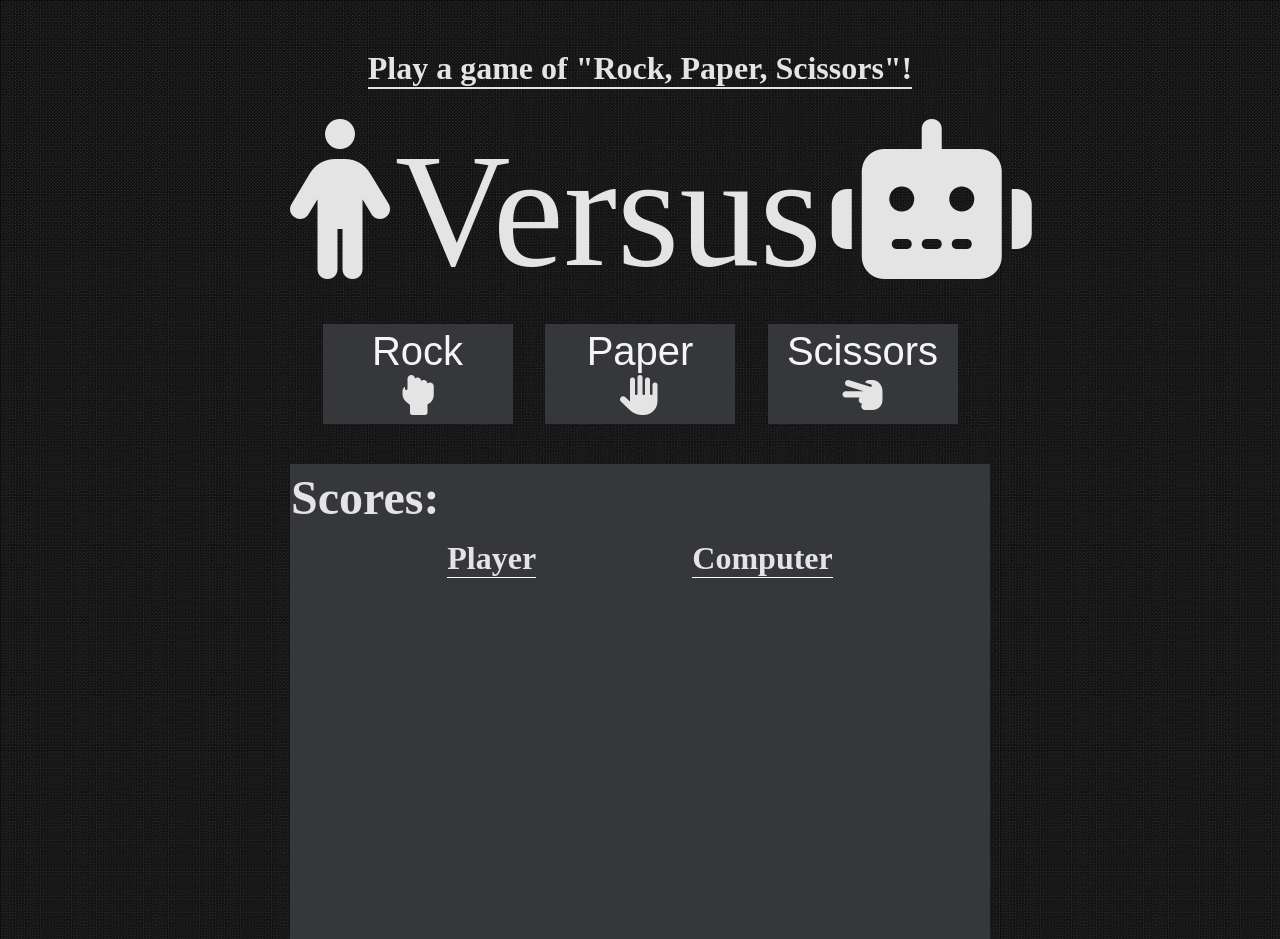
Repository: Pafestivo/rock-paper-scissors
Page: index.html
An editor plug-in stored every save of this project. The page is shown before and after the next save, followed by the edit.
The browser window is 1280 px wide. The pictures show the whole page.
Some web libraries are served in a nearby version.

Above is the page before, as saved 2022-10-14 15:37:47.

After the next save:
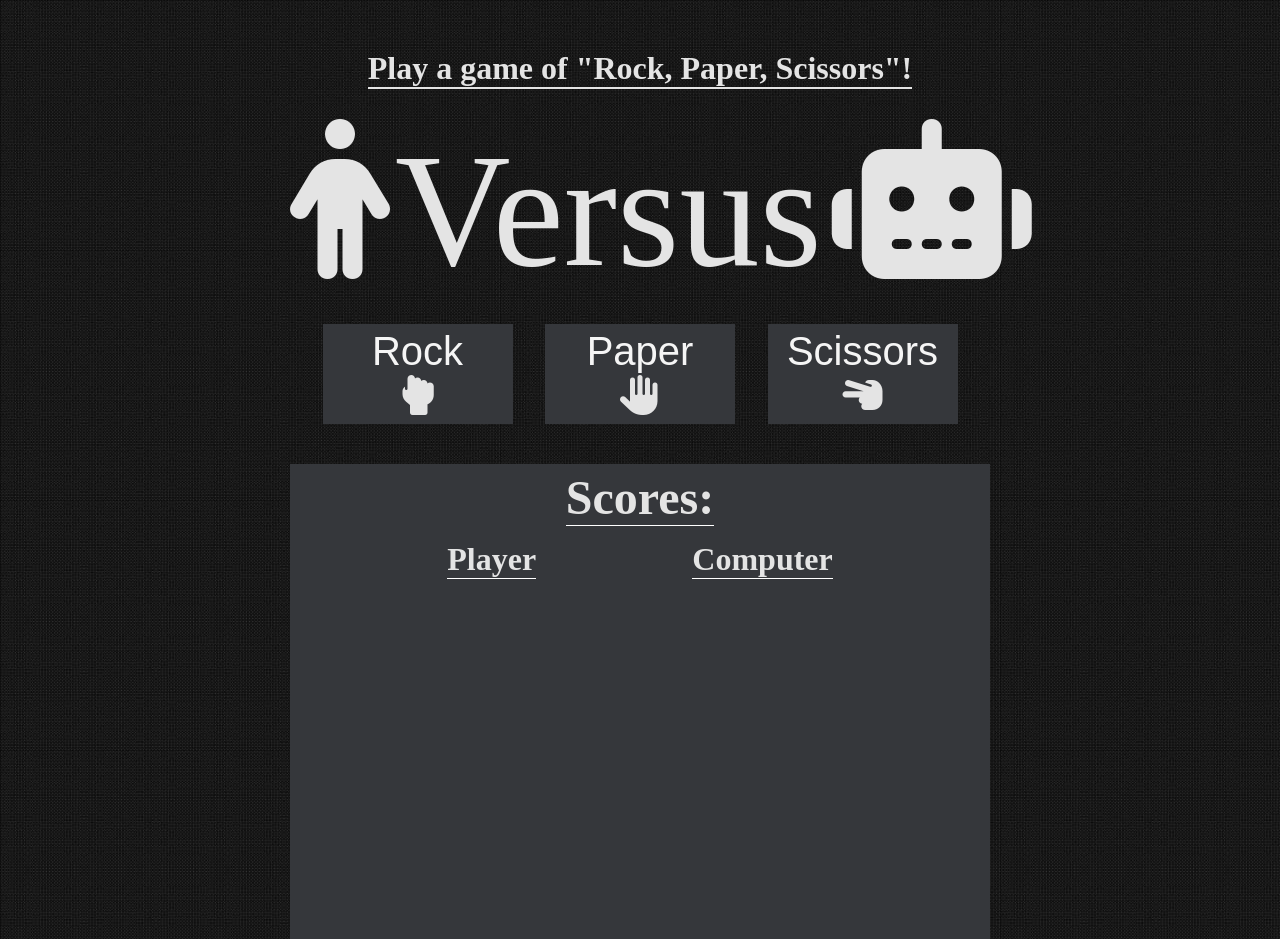
Saved 2 s later.
--- a/styles.css
+++ b/styles.css
@@ -76,6 +76,8 @@ button:focus {
 #scores-header {
   margin: 5px auto 15px auto;
   font-size: 3em;
+  width: max-content;
+  border-bottom: 1px solid white;
 }
 
 .columns {
